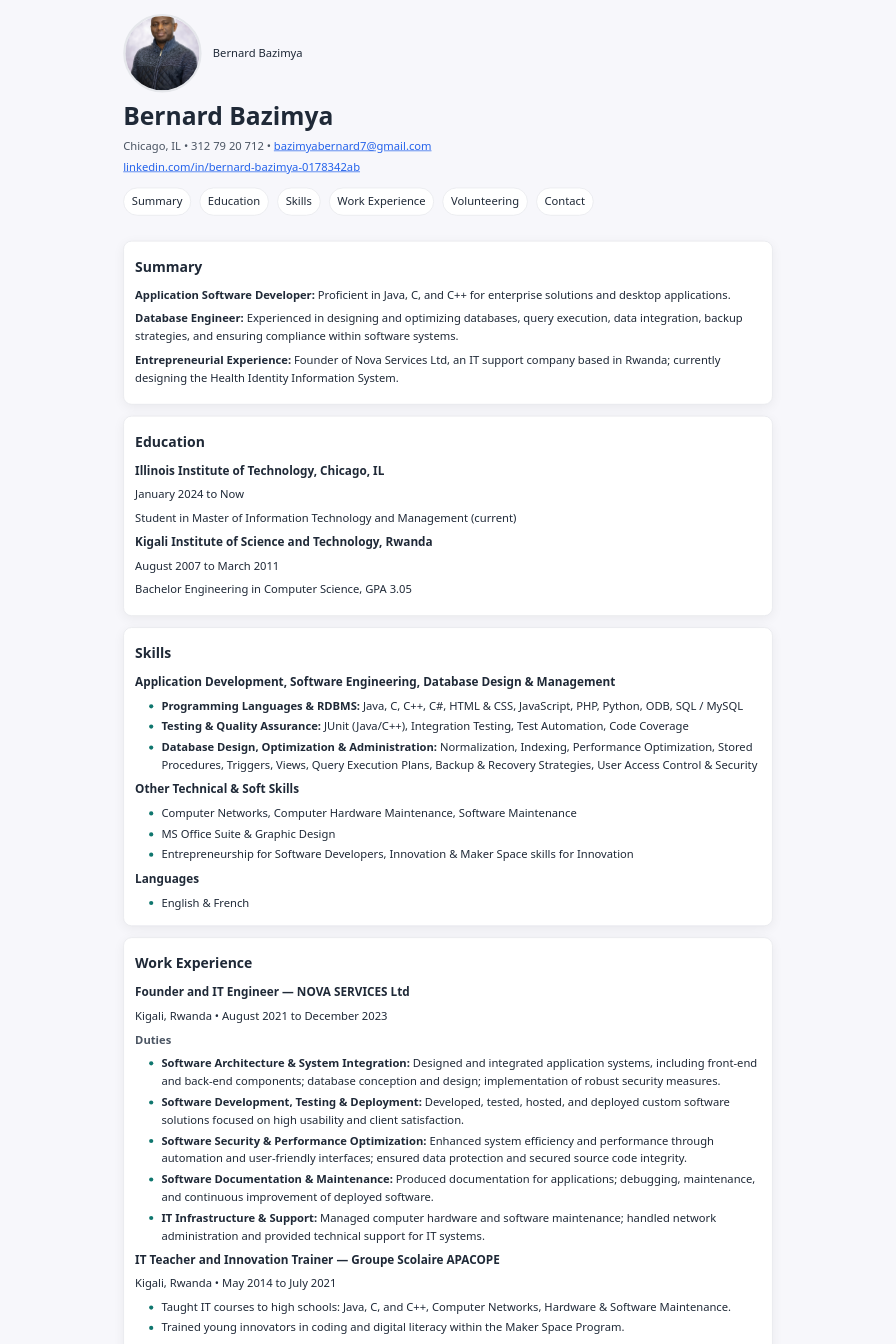
Repository: bbazimya/bernardbazimya-resume
Page: index.html
These files come from the project's save history. The page is drawn as it stood at one moment and after a run of saves; the edit follows.
The browser window is 1280 px wide. The pictures show the part of the page from y = 0 to 1920 px (the page is 2649 px tall), at 70% of full size.

Above is the page before, as saved 2025-09-11 01:44:46.

### index.html
<!DOCTYPE html>
<html lang="en">
<head>
  <meta charset="utf-8" />
  <meta name="viewport" content="width=device-width, initial-scale=1" />
  <title>Bernard Bazimya — Resume</title>
  <link rel="stylesheet" href="styles.css">
</head>
<body>
  <a href="#main">Go to main content</a>

  <header id="top">
    <figure>
      <img src="BERNARD_BAZIMYA.PNG" alt="My Profile picture" />
      <figcaption>Bernard Bazimya</figcaption>
    </figure>

    <h1>Bernard Bazimya</h1>
    <p>Chicago, IL • 312 79 20 712 • <a href="mailto:bazimyabernard7@gmail.com">bazimyabernard7@gmail.com</a></p>
    <p><a href="https://www.linkedin.com/in/bernard-bazimya-0178342ab/">linkedin.com/in/bernard-bazimya-0178342ab</a></p>

    <nav aria-label="Resume sections">
      <ul>
        <li><a href="#summary">Summary</a></li>
        <li><a href="#education">Education</a></li>
        <li><a href="#skills">Skills</a></li>
        <li><a href="#experience">Work Experience</a></li>
        <li><a href="#volunteering">Volunteering</a></li>
        <li><a href="#contact">Contact</a></li>
      </ul>
    </nav>
  </header>

  <main id="main">
    <section id="summary">
      <h2>Summary</h2>
      <p><strong>Application Software Developer:</strong> Proficient in Java, C, and C++ for enterprise solutions and desktop applications.</p>
      <p><strong>Database Engineer:</strong> Experienced in designing and optimizing databases, query execution, data integration, backup strategies, and ensuring compliance within software systems.</p>
      <p><strong>Entrepreneurial Experience:</strong> Founder of Nova Services Ltd, an IT support company based in Rwanda; currently designing the Health Identity Information System.</p>
    </section>

    <section id="education">
      <h2>Education</h2>

      <article>
        <h3>Illinois Institute of Technology, Chicago, IL</h3>
        <p>January 2024 to Now</p>
        <p>Student in Master of Information Technology and Management (current)</p>
      </article>

      <article>
        <h3>Kigali Institute of Science and Technology, Rwanda</h3>
        <p>August 2007  to March 2011</p>
        <p>Bachelor Engineering in Computer Science, GPA 3.05</p>
      </article>
    </section>

    <section id="skills">
      <h2>Skills</h2>

      <h3>Application Development, Software Engineering, Database Design &amp; Management</h3>
      <ul>
        <li><strong>Programming Languages &amp; RDBMS:</strong> Java, C, C++, C#, HTML &amp; CSS, JavaScript, PHP, Python, ODB, SQL / MySQL</li>
        <li><strong>Testing &amp; Quality Assurance:</strong> JUnit (Java/C++), Integration Testing, Test Automation, Code Coverage</li>
        <li><strong>Database Design, Optimization &amp; Administration:</strong> Normalization, Indexing, Performance Optimization, Stored Procedures, Triggers, Views, Query Execution Plans, Backup &amp; Recovery Strategies, User Access Control &amp; Security</li>
      </ul>

      <h3>Other Technical &amp; Soft Skills</h3>
      <ul>
        <li>Computer Networks, Computer Hardware Maintenance, Software Maintenance</li>
        <li>MS Office Suite &amp; Graphic Design</li>
        <li>Entrepreneurship for Software Developers, Innovation &amp; Maker Space skills for Innovation</li>
      </ul>

      <h3>Languages</h3>
      <ul>
        <li>English &amp; French</li>
      </ul>
    </section>

    <section id="experience">
      <h2>Work Experience</h2>

      <article>
        <h3>Founder and IT Engineer — NOVA SERVICES Ltd</h3>
        <p>Kigali, Rwanda • August 2021 to December 2023</p>
        <h4>Duties</h4>
        <ul>
          <li><strong>Software Architecture &amp; System Integration:</strong> Designed and integrated application systems, including front-end and back-end components; database conception and design; implementation of robust security measures.</li>
          <li><strong>Software Development, Testing &amp; Deployment:</strong> Developed, tested, hosted, and deployed custom software solutions focused on high usability and client satisfaction.</li>
          <li><strong>Software Security &amp; Performance Optimization:</strong> Enhanced system efficiency and performance through automation and user-friendly interfaces; ensured data protection and secured source code integrity.</li>
          <li><strong>Software Documentation &amp; Maintenance:</strong> Produced documentation for applications; debugging, maintenance, and continuous improvement of deployed software.</li>
          <li><strong>IT Infrastructure &amp; Support:</strong> Managed computer hardware and software maintenance; handled network administration and provided technical support for IT systems.</li>
        </ul>
      </article>

      <article>
        <h3>IT Teacher and Innovation Trainer — Groupe Scolaire APACOPE</h3>
        <p>Kigali, Rwanda • May 2014 to July 2021</p>
        <ul>
          <li>Taught IT courses to high schools: Java, C, and C++, Computer Networks, Hardware &amp; Software Maintenance.</li>
          <li>Trained young innovators in coding and digital literacy within the Maker Space Program.</li>
        </ul>
      </article>

      <article>
        <h3>International Experience — Rwandan-American Teacher Exchange Program</h3>
        <p>Annapolis, MD • 2017 to 2019</p>
        <ul>
          <li>Trained in integrating technology into modern teaching methodologies.</li>
          <li>Conducted IT workshops in Annapolis high schools, enhancing digital education strategies.</li>
        </ul>
      </article>
    </section>

    <section id="volunteering">
      <h2>Volunteering</h2>
      <ul>
        <li>Interschool innovative technology trainer for young innovators — 3 schools in Kigali (2018–2021)</li>
        <li>Innovation trainer for children ages 16 to 25 — trained students from 8 schools in Rwanda (2019–2021)</li>
        <li>Language interpreter, French to English — Illinois Tech Commencement ceremonies (2024)</li>
      </ul>
    </section>

    <aside id="contact" aria-label="Contact information">
      <h2>Contact</h2>
      <ul>
        <li>Chicago, IL</li>
        <li>Phone: 312 79 20 712</li>
        <li>Email: <a href="mailto:bazimyabernard7@gmail.com">bazimyabernard7@gmail.com</a></li>
        <li>LinkedIn: <a href="https://www.linkedin.com/in/bernard-bazimya-0178342ab/">bernard-bazimya-0178342ab</a></li>
      </ul>
    </aside>
  </main>

  <footer>
    <p>&copy; 2025 Bernard Bazimya</p>
    <p><a href="#top">Back to top</a></p>
  </footer>
</body>
</html>

### styles.css
/* Theme colors and basic variablesinitialization*/
:root{
  --bg:#f7f7fb;
  --card:#ffffff;
  --ink:#1f2937;
  --muted:#4b5563;
  --accent:#0f766e;
  --link:#2563eb;
  --border:#e5e7eb;
  --shadow:0 4px 16px rgba(0,0,0,.06);
}
*{box-sizing:border-box}

html,body
{height:100%}

body{
  margin:0;
  font:16px/1.6 system-ui,-apple-system,Segoe UI,Roboto,Ubuntu,Cantarell,Inter,"Helvetica Neue",Arial,sans-serif;
  color:var(--ink);
  background:var(--bg);
}

/* basic Layout for header, main and footer */
header, main, footer{
  max-width:960px;
  margin:auto;
  padding:0 1rem;
}
header{padding-top:1.25rem}
main{padding:1rem 1rem 2rem}
section, aside{background:var(--card); border:1px solid var(--border); border-radius:12px; padding:1rem; margin:1rem 0; box-shadow:var(--shadow)}

@media (min-width:900px){
  /* two-column feel on wide screens */
  .grid{
    display:grid;
    grid-template-columns: 2fr 1fr;
    gap:1rem;
  }
}

/* ---------- Header ---------- */
header figure{
  margin:0;
  display:flex;
  align-items:center;
  gap:1rem;
}
header img{
  width:112px;
  height:112px;
  object-fit:cover;
  border-radius:50%;
  border:3px solid var(--border);
  background:#fff;
}
header h1{margin:.25rem 0 0; font-size:clamp(1.6rem,3vw,2.2rem)}
header p{margin:.25rem 0; color:var(--muted)}

/* ---------- Nav ---------- */
nav ul{
  list-style:none;
  padding:0; margin:.75rem 0 0;
  display:flex; flex-wrap:wrap; gap:.5rem .75rem;
}
nav a{
  display:inline-block;
  padding:.4rem .7rem;
  border:1px solid var(--border);
  background:var(--card);
  border-radius:999px;
  text-decoration:none;
  color:var(--ink);
}
nav a:hover{border-color:var(--accent); color:var(--accent)}

/* ---------- Typography ---------- */
h2{margin:.25rem 0 0.75rem; font-size:1.25rem}
h3{margin:.5rem 0 .25rem; font-size:1.05rem}
h4{margin:.5rem 0 .25rem; font-size:1rem; color:var(--muted)}
p{margin:.5rem 0}
ul{margin:.5rem 0 .25rem 1.25rem}
li{margin:.25rem 0}

/* ---------- Links ---------- */
a{color:var(--link)}
a:hover{opacity:.9}

/* ---------- Skip link ---------- */
a[href="#main"]{
  position:absolute; left:-9999px; top:auto; width:1px; height:1px; overflow:hidden;
}
a[href="#main"]:focus{
  position:fixed; left:1rem; top:1rem; width:auto; height:auto;
  padding:.5rem .75rem; background:#fff; border:1px solid var(--border); border-radius:8px;
  box-shadow:var(--shadow);
}

/* ---------- Footer ---------- */
footer{padding:1.25rem 1rem 2.5rem; color:var(--muted); text-align:center}
footer a{color:inherit; text-decoration:underline}

/* ---------- Lists inside cards ---------- */
section ul, aside ul{padding-left:1.1rem}
section li::marker{color:var(--accent)}

/* ---------- Print-friendly ---------- */
@media print{
  :root{--bg:#fff; --card:#fff; --border:#ddd}
  body{font-size:12px}
  nav, a[href="#main"], footer{display:none}
  header, main{max-width:100%; padding:0}
  section, aside{box-shadow:none; border-color:#ccc}
  header img{border:none}
}

After the next 3 saves:
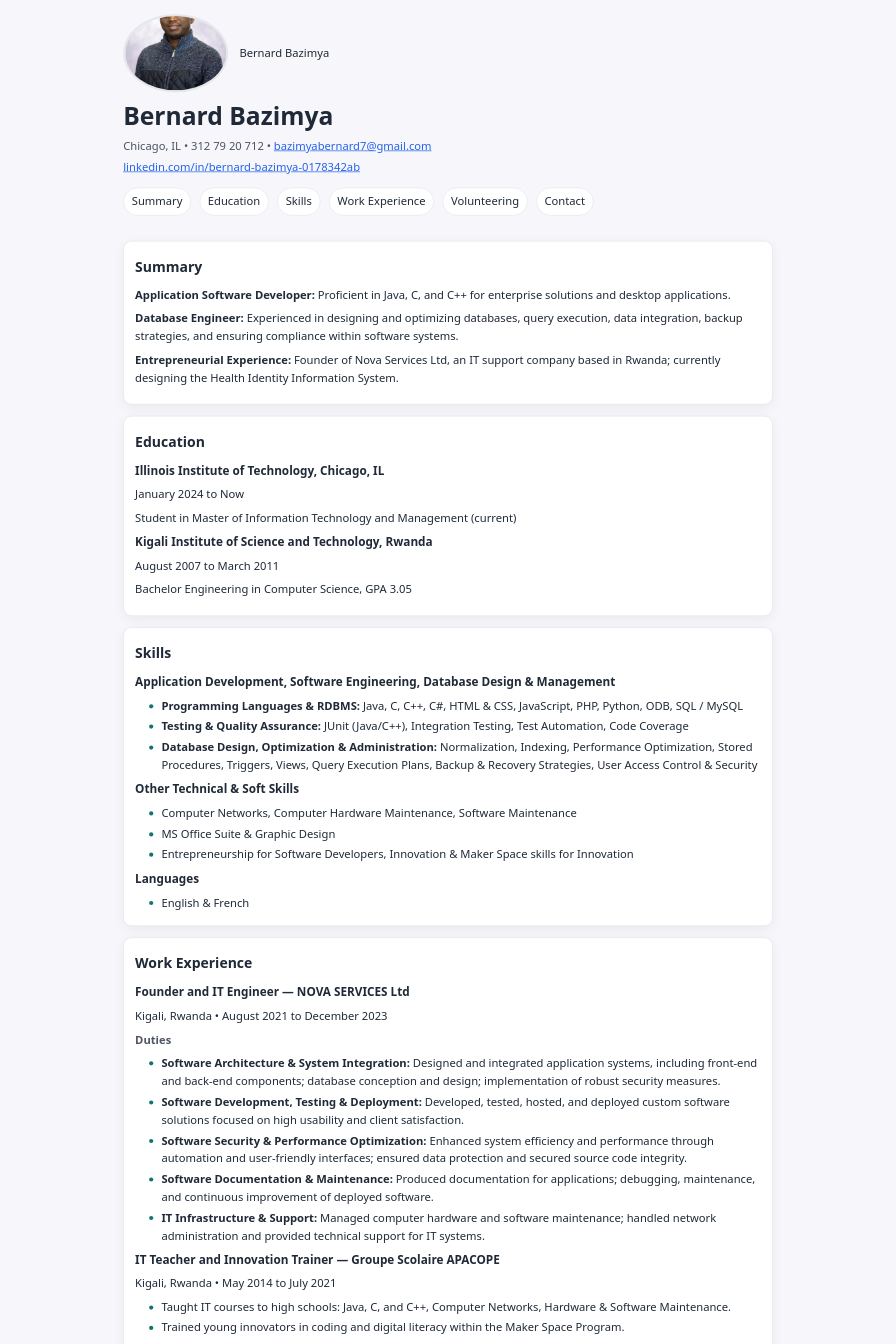
The 3 saves are shown as one change because they came seconds apart.
The last was saved 58 s later.
--- a/styles.css
+++ b/styles.css
@@ -48,7 +48,7 @@ header figure{
   gap:1rem;
 }
 header img{
-  width:112px;
+  width:150px;
   height:112px;
   object-fit:cover;
   border-radius:50%;
